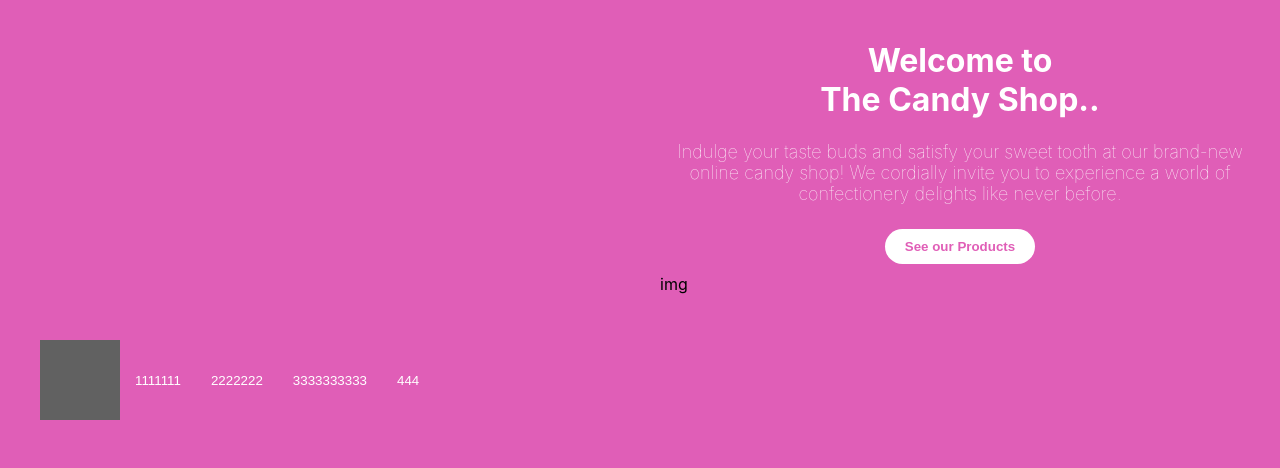
Repository: nika-otter/CandyShop
Page: /
These files come from the project's save history. The page is drawn as it stood at one moment and after the next save; the edit follows.
The browser window is 1280 px wide. The pictures show the whole page.
Pictures or frames that could not be fetched are drawn as grey boxes. An inner scrolling area shows only its first screen. The project was rebuilt for these pictures with package versions that can differ from the ones it lists, and the page was loaded fresh each time.

Above is the page before, as saved 2023-06-11 10:01:50.

After the next save:
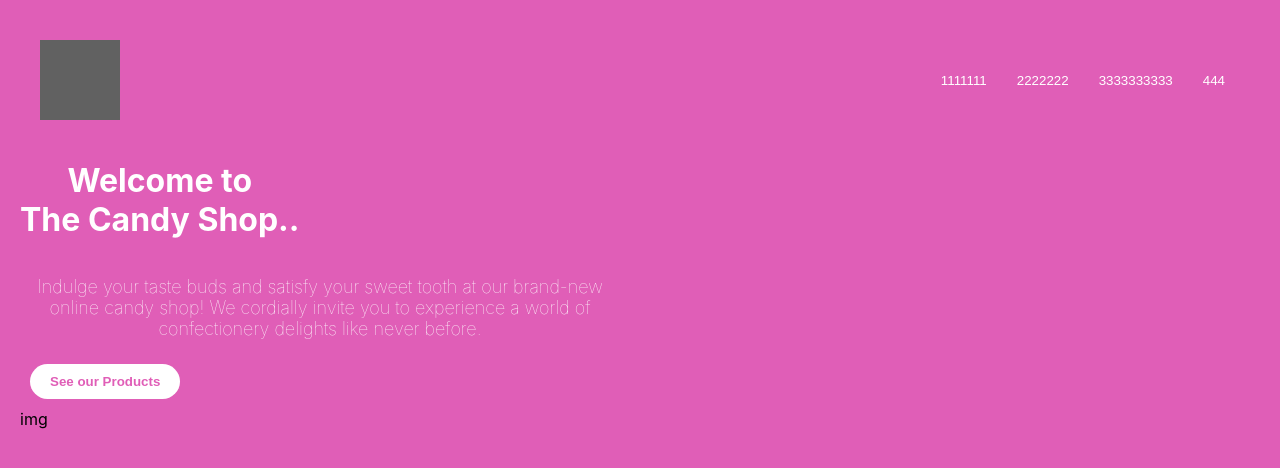
Saved 24 s later.
--- a/src/components/Cupcake.module.scss
+++ b/src/components/Cupcake.module.scss
@@ -4,12 +4,12 @@
   scroll-snap-align: center;
   max-width: 1400px;
   padding: 20px;
-  display: flex;
-  justify-content: space-between;
+  //   display: flex;
+  //   justify-content: space-between;
 }
 .content {
   display: flex;
-  //   justify-content: space-between;
+  justify-content: space-between;
   flex-direction: column;
   align-items: flex-start;
 }
@@ -17,6 +17,10 @@
   width: 600px;
   //   display: flex;
   //   align-items: start;
+  display: flex;
+  // justify-content: space-between;
+  flex-direction: column;
+  align-items: flex-start;
   button {
     background-color: white;
     border: none;
